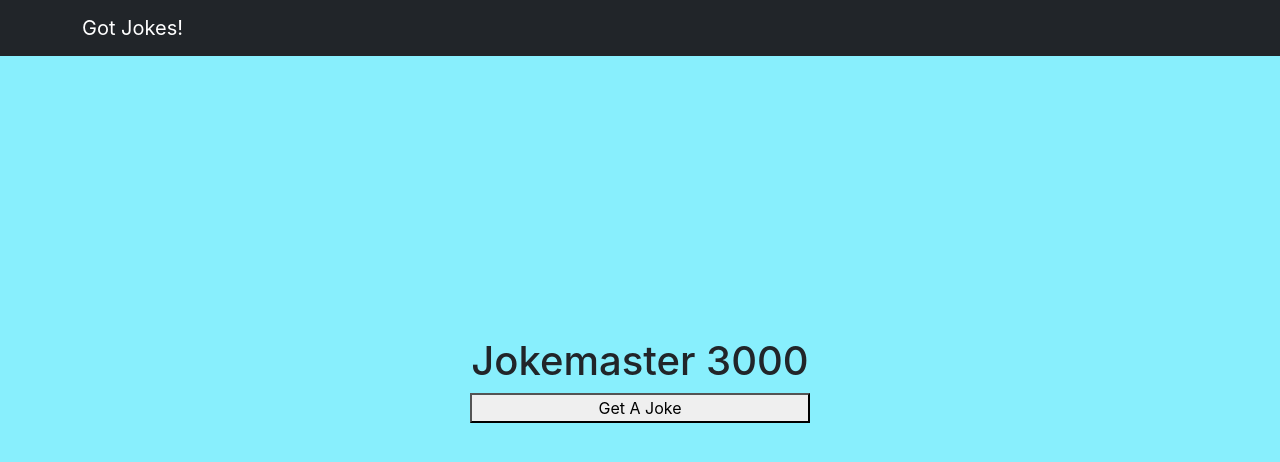
Repository: jontslater/LAB-joke-generator-react
Page: /
An editor plug-in stored every save of this project. The page is shown before and after the next save, followed by the edit.
The browser window is 1280 px wide. The pictures show the whole page.
The project was rebuilt for these pictures with package versions that can differ from the ones it lists, and the page was loaded fresh each time. The framework's server and built-in components were replaced by stand-ins that run in the browser. Also part of the build but not shown: next.config.js.

Above is the page before, as saved 2024-01-08 20:43:58.

### pages/_app.js
/* eslint-disable react/prop-types */
import 'bootstrap/dist/css/bootstrap.min.css';
import '../styles/globals.css';
import NavBar from '../components/NavBar';

function MyApp({ Component, pageProps }) {
  return (
    <>
      <NavBar />
      <div className="container">
        <Component {...pageProps} />
      </div>
    </>
  );
}

export default MyApp;

### pages/index.js
import React from 'react';
import getJoke from '../api/jokeData';

function Home() {
  return (
    <div
      className="text-center d-flex flex-column justify-content-center align-content-center"
      style={{
        height: '90vh',
        padding: '30px',
        maxWidth: '400px',
        margin: '0 auto',
      }}
    >
      <h1>Jokemaster 3000</h1>
      <button type="button" onClick={getJoke}>Get A Joke</button>
    </div>
  );
}

export default Home;

### components/NavBar.js
/* eslint-disable jsx-a11y/anchor-is-valid */
import React from 'react';
import Link from 'next/link';
import {
  Navbar, Container, Nav,
} from 'react-bootstrap';

export default function NavBar() {
  return (
    <Navbar collapseOnSelect expand="lg" bg="dark" variant="dark">
      <Container>
        <Link passHref href="/">
          <Navbar.Brand>Got Jokes!</Navbar.Brand>
        </Link>
        <Navbar.Toggle aria-controls="responsive-navbar-nav" />
        <Navbar.Collapse id="responsive-navbar-nav">
          <Nav className="me-auto">
            {/* CLOSE NAVBAR ON LINK SELECTION: https://stackoverflow.com/questions/72813635/collapse-on-select-react-bootstrap-navbar-with-nextjs-not-working */}
            {/* <Link passHref href="/">
              <Nav.Link>Home</Nav.Link>
            </Link> */}
          </Nav>
        </Navbar.Collapse>
      </Container>
    </Navbar>
  );
}

### api/jokeData.js
import axios from 'axios';

const endpoint = 'https://v2.jokeapi.dev/joke/Programming?safe-mode&type=twopart';

const getJoke = async () => {
  const jokeCall = await axios.get(endpoint);

  return jokeCall.data;
};

export default getJoke;

Loaded but not shown: styles/globals.css (common file)

After the next save:
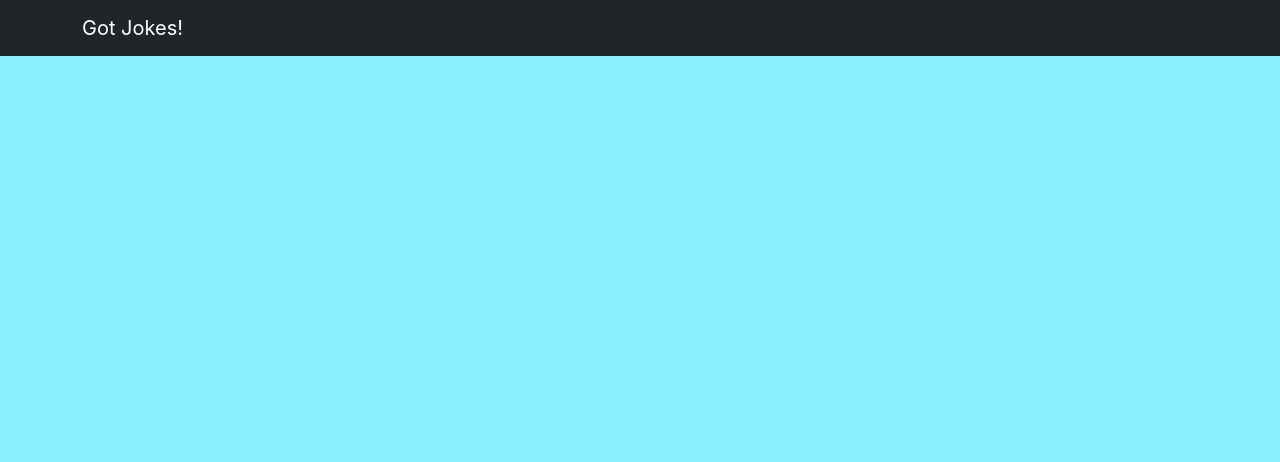
Saved 5 min 22 s later.
--- a/pages/index.js
+++ b/pages/index.js
@@ -11,10 +11,7 @@ function Home() {
         maxWidth: '400px',
         margin: '0 auto',
       }}
-    >
-      <h1>Jokemaster 3000</h1>
-      <button type="button" onClick={getJoke}>Get A Joke</button>
-    </div>
+    />
   );
 }
 
